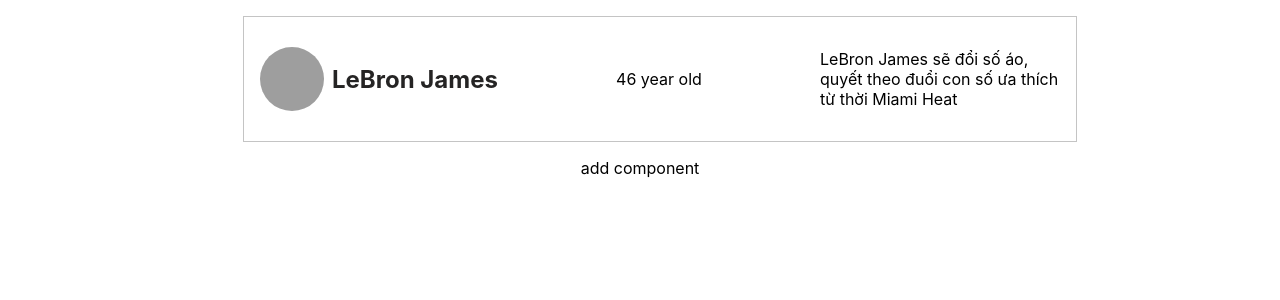
Repository: ducanhaep/ts-react-with-typescript
Page: /
The author's editor kept a copy of each file at every save. The page is drawn from the files as they stood at one save, then again after the next save.
The browser window is 1280 px wide. The pictures show the whole page.
Pictures or frames that could not be fetched are drawn as grey boxes. The project was rebuilt for these pictures with package versions that can differ from the ones it lists, and the page was loaded fresh each time.

Above is the page before, as saved 2021-10-13 00:51:23.

After the next save:
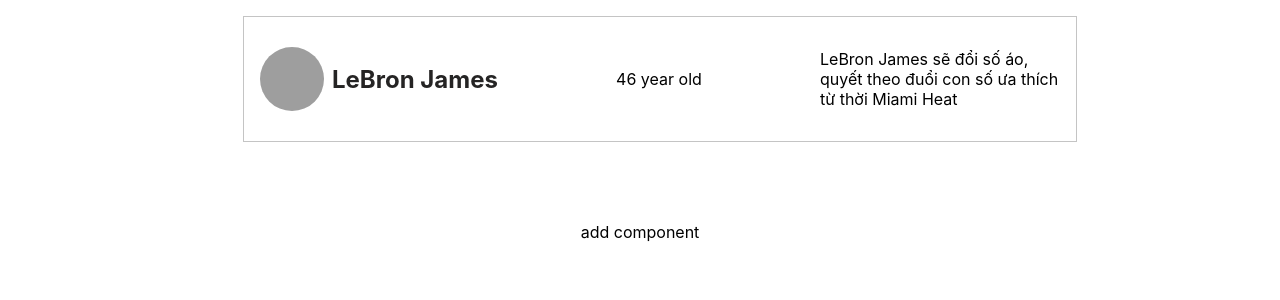
Saved 32 s later.
--- a/src/components/AddToList.tsx
+++ b/src/components/AddToList.tsx
@@ -1,7 +1,7 @@
 import React from "react";
 
 const AddToList = () => {
-  return <div>add component</div>;
+  return <div className="AddToList">add component</div>;
 };
 
 export default AddToList;
